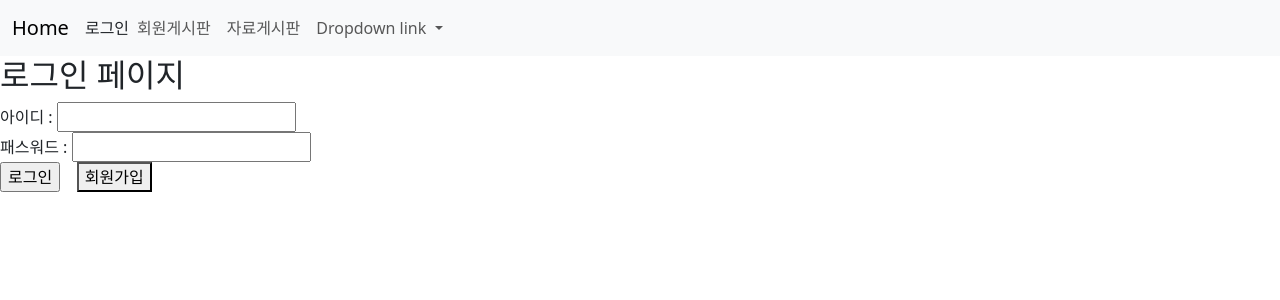
Repository: AHJ2616/Java
Page: http://localhost/board-jsp/06Session/login_form.jsp
An editor plug-in stored every save of this project. The page is shown before and after the next save, followed by the edit.
The browser window is 1280 px wide. The pictures show the whole page.
The page is served by Tomcat 9. Other server files are loaded and not shown.

Above is the page before, as saved 2024-07-26 07:21:50.

### jsp_workspace/board-jsp/src/main/webapp/06Session/login_form.jsp
<%@ page language="java" contentType="text/html; charset=UTF-8"
    pageEncoding="UTF-8"%>
<!DOCTYPE html>
<html>
<head>
<meta charset="UTF-8">
<title>login_form.jsp : 로그인 창</title>
<!-- 성공시 세션에 저장 -->
<jsp:include page="../Common/Link.jsp" />
</head>
<body>

	<h2>로그인 페이지</h2>
	<span style="color: red; font-size: 1.2em;">
	<%= request.getAttribute("LoginErrMsg")==null ? "" : request.getAttribute("LoginErrMsg") %>
	<!-- 조건 ; request 영역에 "loginErrMsg"가 있나 확인 ? true일때 : false일때 -->
	</span><!-- 한줄짜리 글자창 출력 -->
<%
if(session.getAttribute("id")==null){//로그인 상태
	//로그아웃 상태
%>

<script>
function validateForm(form){
	if(!form.id.value){ /* form의 name="id"의 value가 없으면 alert호출 */
		alert("아이디를 입력하세요.")
		return false;
	}
	if(form.pw.value==""){ /* form의 name="pw"의 value가 없으면 alert호출 */
		alert("패스워드를 입력하세요.");
		return false;
	}
}
</script>

<div id="login_menu">
	<form action= "login_process.jsp" method= "post" name= "login_form"
	onsubmit="return validateForm(this);"> <!-- submit에서 action으로 보내기전에 먼저 실행하는 것 (this)안에 form값이 들어간다. -->
	<!-- onsubmit의 값이 true가 나와야만 action으로 form이 보내진다 -->
		아이디 : <input type="text" name="id" /><br>
		패스워드 : <input type="password" name="pw" /><br>
		<input type="submit" value="로그인"	/>&nbsp;&nbsp;&nbsp;
		<button type= "button" onclick= "location.href='Register_form.jsp'">회원가입</button>
	</form>
</div>
<%
} else{
%>
	<%=session.getAttribute("name") %> 회원님, 로그인하셨습니다.
	<button type= "button" onclick= "location.href='logout.jsp'">로그아웃</button>
<%}%>

</body>
</html>

### jsp_workspace/board-jsp/src/main/webapp/Common/Link.jsp
    <%@ page language="java" contentType="text/html; charset=UTF-8"
    pageEncoding="UTF-8"%>
    <meta charset="utf-8">
    <meta name="viewport" content="width=device-width, initial-scale=1">
 <link href="https://cdn.jsdelivr.net/npm/bootstrap@5.3.3/dist/css/bootstrap.min.css" rel="stylesheet" integrity="sha384-QWTKZyjpPEjISv5WaRU9OFeRpok6YctnYmDr5pNlyT2bRjXh0JMhjY6hW+ALEwIH" crossorigin="anonymous">

<nav class="navbar navbar-expand-lg bg-body-tertiary">
  <div class="container-fluid">
    <a class="navbar-brand" href="../08Board/List.jsp">Home</a>
     <% if(session.getAttribute("id")==null){ %>
          <a class="nav-link active" aria-current="page" href="../06Session/login_form.jsp">로그인</a>
          <% }else{//로그인상태면 로그아웃 표시 %>
    		 <a class="nav-link active" aria-current="page" href="../06Session/logout.jsp">로그아웃</a>
    		 <a class="nav-link active" aria-current="page" href="../06Session/member.jsp">회원정보</a>
    	<%} %>
    <button class="navbar-toggler" type="button" data-bs-toggle="collapse" data-bs-target="#navbarNavDropdown" aria-controls="navbarNavDropdown" aria-expanded="false" aria-label="Toggle navigation">
      <span class="navbar-toggler-icon"></span>
    </button>

    <div class="collapse navbar-collapse" id="navbarNavDropdown">
      <ul class="navbar-nav">
        <li class="nav-item">
          <a class="nav-link" href="../12File/file_list.jsp">회원게시판</a>
        </li>
        <li class="nav-item">
          <a class="nav-link" href="../10Mvc/List.jsp">자료게시판</a>
        </li>
        <li class="nav-item dropdown">
          <a class="nav-link dropdown-toggle" href="#" role="button" data-bs-toggle="dropdown" aria-expanded="false">
            Dropdown link
          </a>
          <ul class="dropdown-menu">
            <li><a class="dropdown-item" href="#">Action</a></li>
            <li><a class="dropdown-item" href="#">Another action</a></li>
            <li><a class="dropdown-item" href="#">Something else here</a></li>
          </ul>
        </li>
      </ul>
    </div>
  </div>
</nav>
<script src="https://cdn.jsdelivr.net/npm/bootstrap@5.3.3/dist/js/bootstrap.bundle.min.js" integrity="sha384-YvpcrYf0tY3lHB60NNkmXc5s9fDVZLESaAA55NDzOxhy9GkcIdslK1eN7N6jIeHz" crossorigin="anonymous"></script>

After the next save:
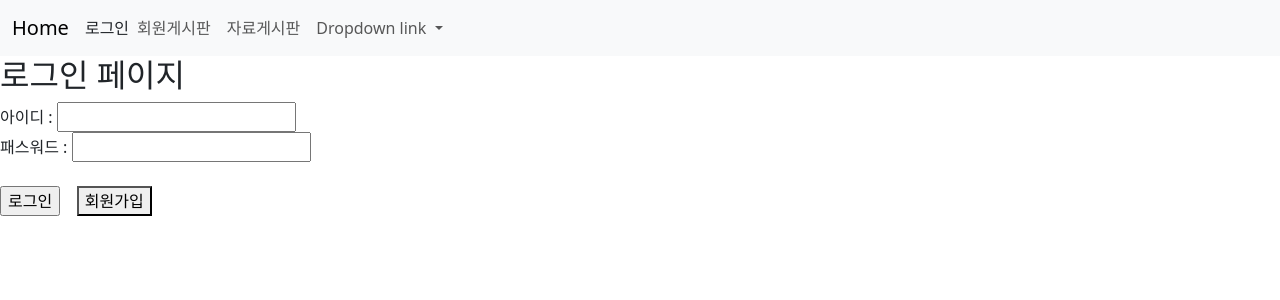
Saved 7 s later.
--- a/jsp_workspace/board-jsp/src/main/webapp/06Session/login_form.jsp
+++ b/jsp_workspace/board-jsp/src/main/webapp/06Session/login_form.jsp
@@ -38,7 +38,7 @@ function validateForm(form){
 	onsubmit="return validateForm(this);"> <!-- submit에서 action으로 보내기전에 먼저 실행하는 것 (this)안에 form값이 들어간다. -->
 	<!-- onsubmit의 값이 true가 나와야만 action으로 form이 보내진다 -->
 		아이디 : <input type="text" name="id" /><br>
-		패스워드 : <input type="password" name="pw" /><br>
+		패스워드 : <input type="password" name="pw" /><br><br>
 		<input type="submit" value="로그인"	/>&nbsp;&nbsp;&nbsp;
 		<button type= "button" onclick= "location.href='Register_form.jsp'">회원가입</button>
 	</form>
